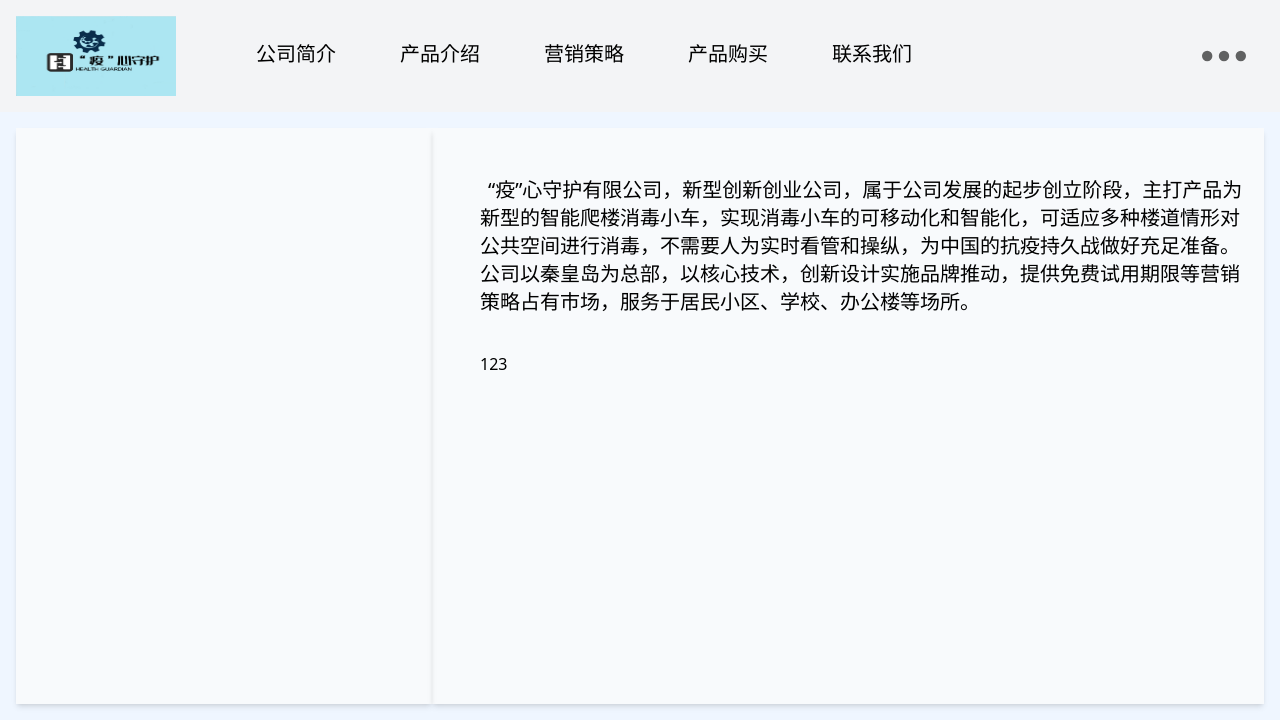
Repository: LiuRuohui/company_introduction
Page: /#/introduction
These files come from the project's save history. The page is drawn as it stood at one moment and after the next save; the edit follows.
The browser window is 1280 px wide. The pictures show the whole page.
The project was rebuilt for these pictures with package versions that can differ from the ones it lists, and the page was loaded fresh each time. Also part of the build but not shown: vite.config.js, src/components/product.vue, src/components/purchase.vue, src/components/strategy.vue, src/components/contact.vue.

Above is the page before, as saved 2022-05-11 23:14:08.

### index.html
<!DOCTYPE html>
<html lang="en">
  <head>
    <meta charset="UTF-8" />
    <link rel="icon" href="/favicon.ico" />
    <meta name="viewport" content="width=device-width, initial-scale=1.0" />
    <title>COMPANY_INTRODUCTION</title>
  </head>
  <body>
    <div id="app"></div>
    <script type="module" src="/src/main.js"></script>
  </body>
</html>

### src/main.js
import { createApp } from 'vue'
import "./index.css";
//引入路由器
import router from '../src/router/route.js'

import App from './App.vue'

const app = createApp(App);
app.use(router);
app.mount('#app');

### src/index.css
/* ./src/index.css */

@tailwind base;
@tailwind components;
.inputFrame {
  @apply w-full content-center text-base px-4 py-2 border-b rounded-2xl border-gray-300;
}

.inputFrame:focus {
  @apply outline-none border-indigo-500;
}

.btn {
  @apply w-full flex justify-center bg-gradient-to-r from-indigo-500 to-blue-600 text-gray-100 p-4 rounded-full tracking-wide font-semibold shadow-lg cursor-pointer transition ease-in duration-500;
}

.btn:hover {
  @apply bg-gradient-to-l from-blue-500 to-indigo-600;
}

.label {
  @apply ml-3 text-sm font-bold text-gray-700 tracking-wide;
}

@tailwind utilities;

### src/router/route.js
import { createRouter, createWebHashHistory } from "vue-router";
//引入组件
import Introduction from "../components/introduction.vue"
import Product from "../components/product.vue"
import Purchase from "../components/purchase.vue"
import Strategy from "../components/strategy.vue"
import Contact from "../components/contact.vue"

const route = [
    {
        path:'/introduction',
        component:Introduction
    },
    {
        path:'/product',
        component:Product
    },
    {
        path:'/strategy',
        component:Strategy
    },
    {
        path:'/purchase',
        component:Purchase
    },
    {
        path:'/contact',
        component:Contact
    },
]

// 创建路由对象
const router = createRouter({
    history: createWebHashHistory(),
    routes: route
  });


export default router

### src/App.vue
<script setup>
import MainPage from './components/mainPage.vue';
// This starter template is using Vue 3 <script setup> SFCs
// Check out https://vuejs.org/api/sfc-script-setup.html#script-setup

</script>

<template>
<MainPage></MainPage>
</template>

<style>

</style>

### src/components/introduction.vue
<script setup>
const intro = "“疫”心守护有限公司，新型创新创业公司，属于公司发展的起步创立阶段，主打产品为新型的智能爬楼消毒小车，实现消毒小车的可移动化和智能化，可适应多种楼道情形对公共空间进行消毒，不需要人为实时看管和操纵，为中国的抗疫持久战做好充足准备。公司以秦皇岛为总部，以核心技术，创新设计实施品牌推动，提供免费试用期限等营销策略占有市场，服务于居民小区、学校、办公楼等场所。"
</script>

<template>
    <div class="w-full m-4 flex flex-row bg-slate-50">
        <div class="flex h-full w-1/3 shadow-md">
            <div class="m-4 w-full"></div>
        </div>
        <div class="flex flex-grow flex-col shadow-md w-2/3">
            <div class="m-4 w-full h-1/4 text-ellipsis">
                <div class="m-8 indent-2 font-sans text-left break-normal text-xl font-medium">{{intro}}</div>
            </div>
            <div class="m-4 w-full flex flex-grow">
                <div class="m-8">123</div>
            </div>
        </div>
    </div>
</template>

### src/components/mainPage.vue
<script setup></script>

<template>
    <div class="max-h-full min-h-screen w-full flex flex-col bg-white">
        <div class="w-full h-28 flex flex-row bg-gray-100">
            <div class="h-full">
                <img
                    src="/src/assets/logo.png"
                    alt="公司图标"
                    class="h-20 m-4 w-40"
                />
            </div>
            <div class="flex font-sans text-xl ml-8">
                <router-link
                    active-class="active"
                    to="/introduction"
                    class="px-8 pt-10 hover:cursor-pointer hover:bg-blue-300"
                    >公司简介</router-link
                >
                <router-link
                    active-class="active"
                    to="/product"
                    class="px-8 pt-10 hover:cursor-pointer hover:bg-blue-300"
                    >产品介绍</router-link
                >
                <router-link
                    active-class="active"
                    to="/strategy"
                    class="px-8 pt-10 hover:cursor-pointer hover:bg-blue-300"
                    >营销策略</router-link
                >
                <router-link
                    active-class="active"
                    to="/purchase"
                    class="px-8 pt-10 hover:cursor-pointer hover:bg-blue-300"
                    >产品购买</router-link
                >
                <router-link
                    active-class="active"
                    to="/contact"
                    class="px-8 pt-10 hover:cursor-pointer hover:bg-blue-300"
                    >联系我们</router-link
                >
            </div>
            <div class="flex flex-grow flex-row-reverse">
                <img
                    src="/src/assets/more.svg"
                    alt="更多"
                    class="w-16 h-16 opacity-60 mt-6 mr-6 hover:cursor-pointer"
                />
            </div>
        </div>
        <div class="w-full flex flex-grow bg-blue-50">
            <router-view></router-view>
        </div>
    </div>
</template>

<style></style>

### tailwind.config.js
module.exports = {
  content: [
      "./index.html",
      "./src/**/*.{vue,js,ts,jsx,tsx}",
  ],
  theme: {
      extend: {},
  },
  plugins: [],
}

After the next save:
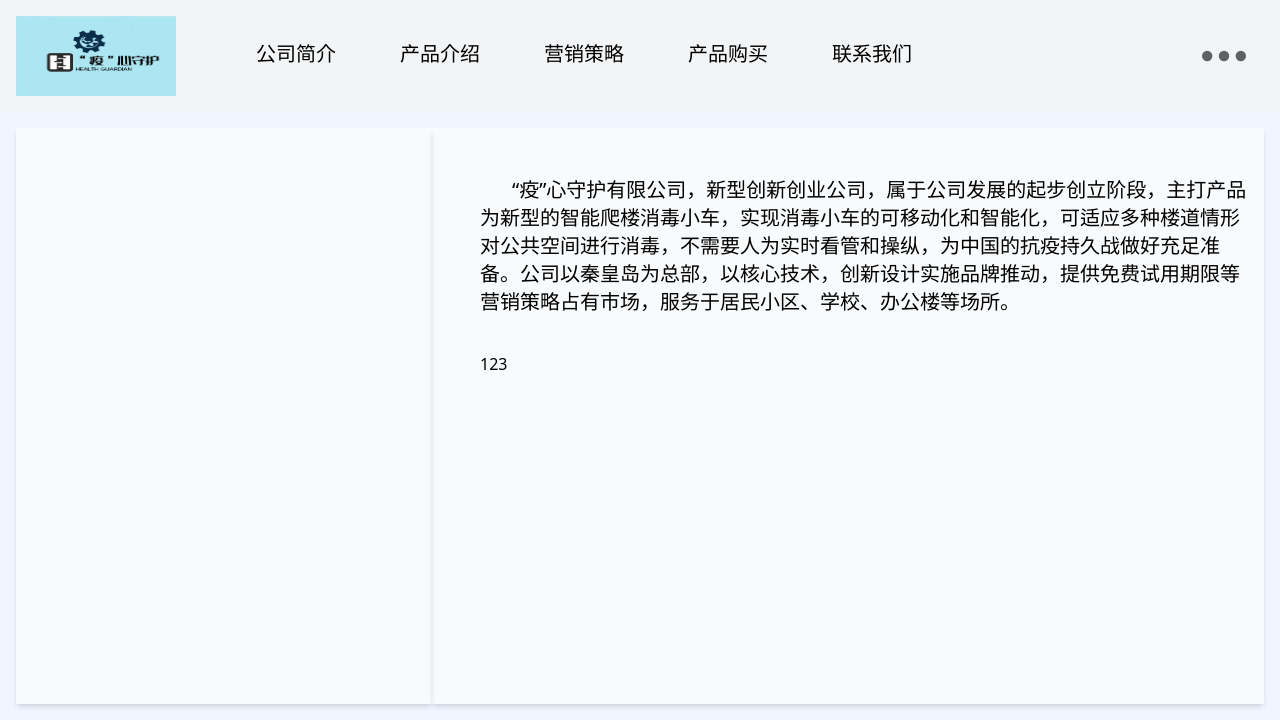
Saved 12 s later.
--- a/src/components/introduction.vue
+++ b/src/components/introduction.vue
@@ -9,7 +9,7 @@
         </div>
         <div class="flex flex-grow flex-col shadow-md w-2/3">
             <div class="m-4 w-full h-1/4 text-ellipsis">
-                <div class="m-8 indent-2 font-sans text-left break-normal text-xl font-medium">{{intro}}</div>
+                <div class="m-8 indent-8 font-sans text-left break-normal text-xl font-medium">{{intro}}</div>
             </div>
             <div class="m-4 w-full flex flex-grow">
                 <div class="m-8">123</div>
